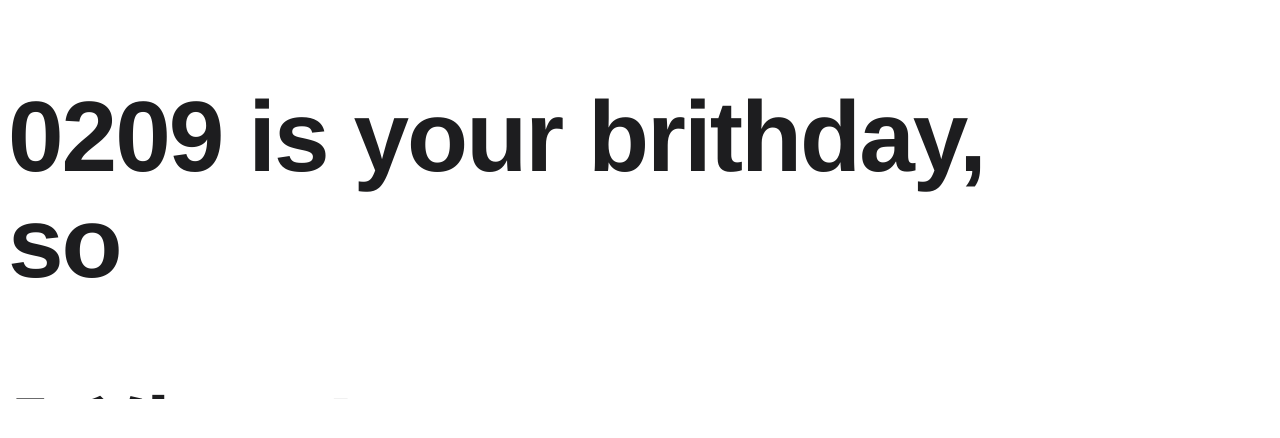
Repository: Caococos/02-09
Page: /
The author's editor kept a copy of each file at every save. The page is drawn from the files as they stood at one save, then again after the next save.
The browser window is 1280 px wide. The pictures show the whole page.
The project was rebuilt for these pictures with package versions that can differ from the ones it lists, and the page was loaded fresh each time. Also part of the build but not shown: vue.config.js.

Above is the page before, as saved 2021-06-11 21:51:44.

After the next save:
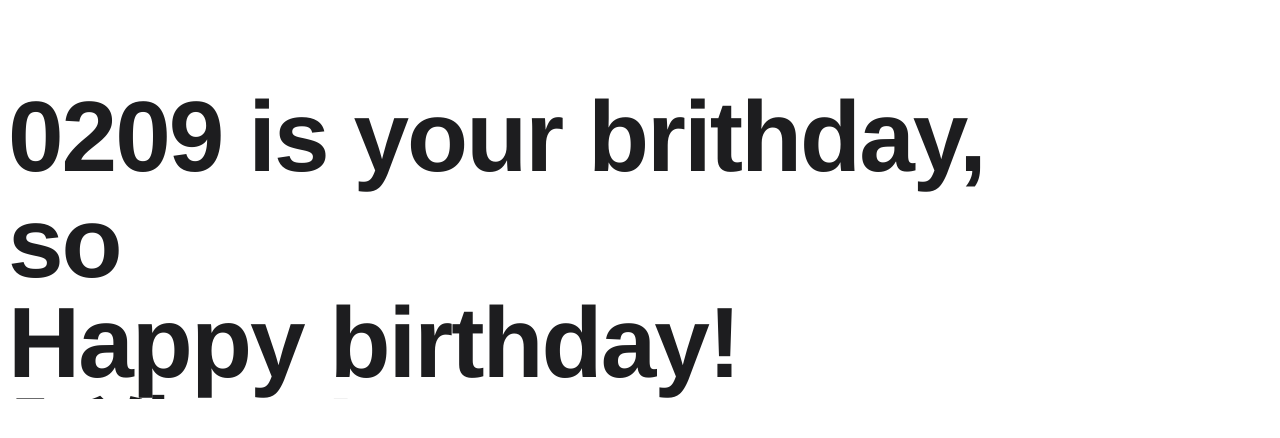
Saved 40 s later.
--- a/src/views/home/Home.vue
+++ b/src/views/home/Home.vue
@@ -39,4 +39,8 @@ h2 {
   position: absolute;
   top: 100px;
 }
+
+.mask span[data-show] {
+  transform: translateY(-100%);
+}
 </style>
